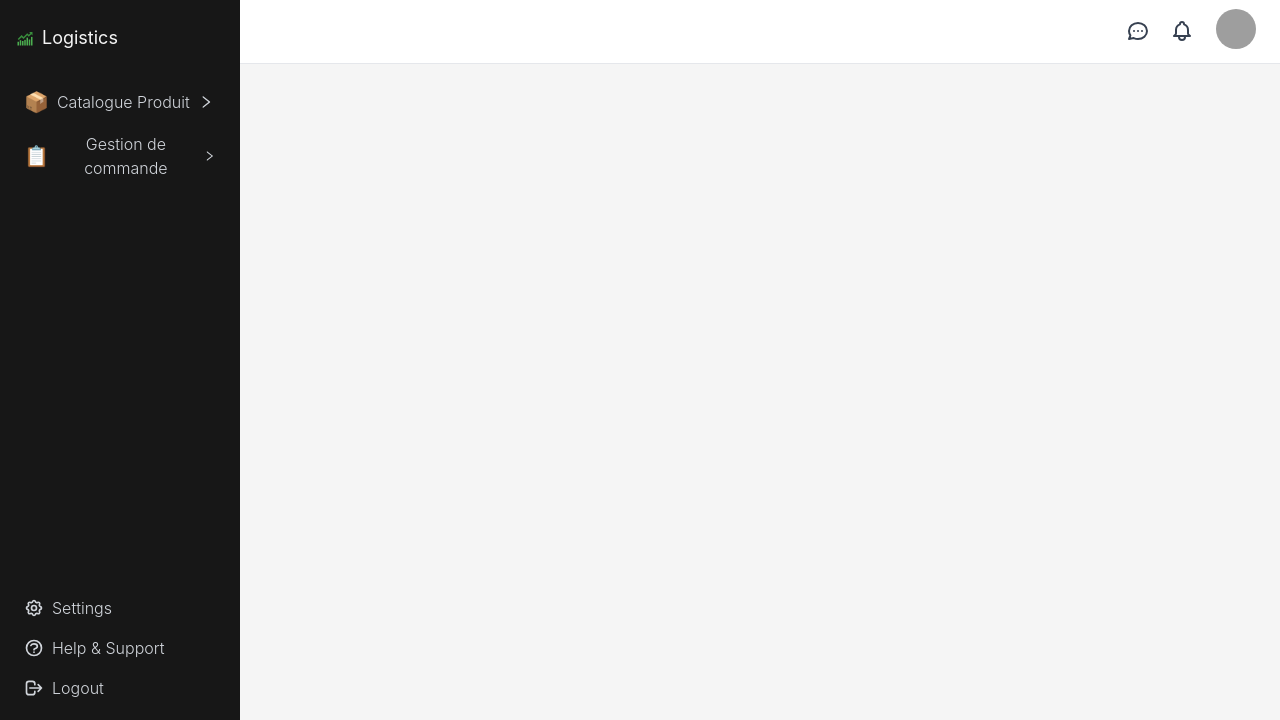
Repository: Mayar2222/Dashboard
Page: /
An editor plug-in stored every save of this project. The page is shown before and after the next save, followed by the edit.
The browser window is 1280 px wide. The pictures show the whole page.
Pictures or frames that could not be fetched are drawn as grey boxes. The project was rebuilt for these pictures with package versions that can differ from the ones it lists, and the page was loaded fresh each time. Also part of the build but not shown: src/components/CatalogueProduits.jsx, src/components/Categories.jsx.

Above is the page before, as saved 2024-07-28 17:39:52.

### src/App.jsx
import { Route, BrowserRouter as Router, Routes } from "react-router-dom";
import CatalogueProduits from "./components/CatalogueProduits";
import Categories from "./components/Categories";
import Layout from "./components/shared/Layout";

function App() {
  return (
      <Router>
      <Routes>
        <Route path="/"  element={<Layout/>}>
          <Route path="CatalogueProduits"  element={<CatalogueProduits/>}/>
          <Route path="Categories"  element={<Categories/>}/>

          <Route path="login"  element={<div>this login page</div>}/>

        </Route>
      </Routes>
      </Router>
  );
}

export default App;

### src/index.css
@import url('https://fonts.googleapis.com/css2? family=Poppins:wght@400; 600;700&display=swap');


@tailwind base;
@tailwind components;
@tailwind utilities;

@layer base {
    html {
        font-family: 'Inter', sans-serif;
        line-height: 1.3;
    }
    table {
        /* Add any specific styles for the table here if needed */
    }
    th,
    td {
        @apply py-3 px-2.5 text-sm text-left border-y border-gray-200;
    }
    thead {
        @apply bg-neutral-100;
    }
    th {
        @apply font-semibold;
    }
    a {
        @apply text-sky-500 hover:underline;
    }
}

### src/components/shared/Layout.jsx
import React from 'react'
import { Outlet } from 'react-router-dom'
import Header from './Header'
import Sidebar from './Sidebar'
export default function Layout() {
  return (
    <div className='flex flex-row bg-neutral-100 h-screen w-screen overflow-hidden'>
<Sidebar/>
     <div className='flex-1'>
      <Header/>
      <div className='p-4'>{<Outlet/>}</div>

      </div>


    </div>
  )
}

### src/components/shared/Header.jsx
import { Menu, Popover, Transition } from '@headlessui/react';
import React, { Fragment } from 'react';
import { HiOutlineBell, HiOutlineChat } from 'react-icons/hi';

export default function Header() {
  return (
    <div className='bg-white h-16 px-4 flex justify-between items-center border-b border-gray-200'>
      <div className='relative'>

      </div>
      <div className="flex items-center gap-2 mr-2">
        <Popover className="relative">
          {({ open }) => (
            <>
              <Popover.Button
                className={`p-1.5 rounded-sm inline-flex items-center ${open ? 'text-gray-900' : 'text-gray-700 hover:text-gray-900'} focus:outline-none`}
              >
                <HiOutlineChat fontSize={24} />
              </Popover.Button>
              <Transition
                as={Fragment}
                enter="transition ease-out duration-200"
                enterFrom="opacity-0 translate-y-1"
                enterTo="opacity-100 translate-y-0"
                leave="transition ease-in duration-150"
                leaveFrom="opacity-100 translate-y-0"
                leaveTo="opacity-0 translate-y-1"
              >
                <Popover.Panel className="absolute right-0 z-10 mt-2.5 w-80">
                  <div className="bg-white rounded-sm shadow-md ring-1 ring-black ring-opacity-5 px-2 py-2.5">
                    <strong className="text-gray-700 font-medium">Messages</strong>
                    <div className="mt-2">This is the messages panel!</div>
                  </div>
                </Popover.Panel>
              </Transition>
            </>
          )}
        </Popover>

        <Popover className="relative">
          {({ open }) => (
            <>
              <Popover.Button
                className={`p-1.5 rounded-sm inline-flex items-center ${open ? 'text-gray-900' : 'text-gray-700 hover:text-gray-900'} focus:outline-none`}
              >
                <HiOutlineBell fontSize={24} />
              </Popover.Button>
              <Transition
                as={Fragment}
                enter="transition ease-out duration-200"
                enterFrom="opacity-0 translate-y-1"
                enterTo="opacity-100 translate-y-0"
                leave="transition ease-in duration-150"
                leaveFrom="opacity-100 translate-y-0"
                leaveTo="opacity-0 translate-y-1"
              >
                <Popover.Panel className="absolute right-0 z-10 mt-2.5 w-80">
                  <div className="bg-white rounded-sm shadow-md ring-1 ring-black ring-opacity-5 px-2 py-2.5">
                    <strong className="text-gray-700 font-medium">Notifications</strong>
                    <div className="mt-2">This is the notifications panel!</div>
                  </div>
                </Popover.Panel>
              </Transition>
            </>
          )}
        </Popover>

        <Menu as="div" className="relative">
          <div>
            <Menu.Button className="ml-2 inline-flex">
              <span className='sr-only'>Open user menu</span>
              <div className='h-10 w-10 rounded-full bg-sky-500 bg-cover bg-no-repeat bg-center' style={{backgroundImage: 'url("https://images.unsplash.com/photo-1529626455594-4ff0802cfb7e?crop=faces&fit=crop&w=80&h=80&q=80")'}}>
                <span className='sr-only'>Mayar</span>
              </div>
            </Menu.Button>
          </div>
          <Transition
            as={Fragment}
            enter="transition ease-out duration-200"
            enterFrom="opacity-0 translate-y-1"
            enterTo="opacity-100 translate-y-0"
            leave="transition ease-in duration-150"
            leaveFrom="opacity-100 translate-y-0"
            leaveTo="opacity-0 translate-y-1"
          >
            <Menu.Items className="absolute right-0 mt-2 w-48 origin-top-right bg-white border border-gray-200 divide-y divide-gray-100 rounded-md shadow-lg outline-none">
              <div className="px-4 py-3">
                <p className="text-sm">Signed in as</p>
                <p className="text-sm font-medium text-gray-900 truncate">Mayar</p>
              </div>
              <div className="py-1">
                <Menu.Item>
                  {({ active }) => (
                    <a
                      href="/profile"
                      className={`${
                        active ? 'bg-gray-100 text-gray-900' : 'text-gray-700'
                      } flex justify-between w-full px-4 py-2 text-sm leading-5 text-left`}
                    >
                      Your Profile
                    </a>
                  )}
                </Menu.Item>
                <Menu.Item>
                  {({ active }) => (
                    <a
                      href="/settings"
                      className={`${
                        active ? 'bg-gray-100 text-gray-900' : 'text-gray-700'
                      } flex justify-between w-full px-4 py-2 text-sm leading-5 text-left`}
                    >
                      Settings
                    </a>
                  )}
                </Menu.Item>
              </div>
              <div className="py-1">
                <Menu.Item>
                  {({ active }) => (
                    <a
                      href="/logout"
                      className={`${
                        active ? 'bg-gray-100 text-gray-900' : 'text-gray-700'
                      } flex justify-between w-full px-4 py-2 text-sm leading-5 text-left`}
                    >
                      Sign out
                    </a>
                  )}
                </Menu.Item>
              </div>
            </Menu.Items>
          </Transition>
        </Menu>
      </div>
    </div>
  );
}

### src/components/shared/Sidebar.jsx
import React, { useState } from 'react';
import { AiOutlineDown, AiOutlineRight } from 'react-icons/ai';
import { FcBullish } from 'react-icons/fc';
import { HiOutlineLogout } from 'react-icons/hi';
import { Link, useLocation } from 'react-router-dom';
import { DASHBOARD_SIDEBAR_BOTTOM_LINKS, DASHBOARD_SIDEBAR_LINKS } from '../../lib/consts/navigation';

const linkClasses =
  'flex items-center gap-2 font-light px-3 py-2 hover:bg-neutral-900 hover:no-underline active:bg-neutral-600 rounded-sm text-base text-gray-300';

const titleClasses = 'flex items-center gap-2 px-1 py-3 text-neutral-100 text-lg';

export default function Sidebar() {
  const { pathname } = useLocation();
  const [isCatalogueOpen, setIsCatalogueOpen] = useState(false);
  const [isGestionOpen, setIsGestionOpen] = useState(false);

  const toggleCatalogue = () => {
    setIsCatalogueOpen(!isCatalogueOpen);
  };

  const toggleGestion = () => {
    setIsGestionOpen(!isGestionOpen);
  };

  return (
    <div className="bg-neutral-900 w-60 p-3 flex flex-col text-white h-full fixed">
      <div className={titleClasses}>
        <FcBullish />
        <span>Logistics</span>
      </div>
      <div className="flex-1 mt-4">
        <div>
          <button onClick={toggleCatalogue} className={linkClasses}>
            <span className="text-xl">📦</span>
            <span>Catalogue Produit</span>
            {isCatalogueOpen ? <AiOutlineDown /> : <AiOutlineRight />}
          </button>
          {isCatalogueOpen && (
            <div className="ml-6 mt-2">
              <Link to="/categories" className={linkClasses}>
                Catégories du produit
              </Link>
              <Link to="/produit" className={linkClasses}>
                Produit
              </Link>
              <Link to="/spf" className={linkClasses}>
                Spécificités
              </Link>
              <Link to="/historique" className={linkClasses}>
                Historique de stock
              </Link>
              <Link to="/stock" className={linkClasses}>
                Stock
              </Link>
            </div>
          )}
        </div>

        <div>
          <button onClick={toggleGestion} className={linkClasses}>
            <span className="text-xl">📋</span>
            <span>Gestion de commande</span>
            {isGestionOpen ? <AiOutlineDown /> : <AiOutlineRight />}
          </button>
          {isGestionOpen && (
            <div className="ml-6 mt-2">
              <Link to="/commande" className={linkClasses}>
                Commande
              </Link>
              <Link to="/suivi" className={linkClasses}>
                Suivi
              </Link>
              <Link to="/facturation" className={linkClasses}>
                Facturation
              </Link>
            </div>
          )}
        </div>

        {DASHBOARD_SIDEBAR_LINKS.filter(link => link.label !== "Catalogue Produit" && link.label !== "Gestion de commande").map(({ key, path, icon, label }) => (
          <Link
            key={key}
            to={path}
            className={`${linkClasses} ${pathname === path ? 'bg-neutral-700' : ''}`}
          >
            {icon && <span className="text-xl">{icon}</span>}
            <span>{label}</span>
          </Link>
        ))}
      </div>
      <div className="mt-4">
        {DASHBOARD_SIDEBAR_BOTTOM_LINKS.map(({ key, path, icon, label }) => (
          <Link
            key={key}
            to={path}
            className={`${linkClasses} ${pathname === path ? 'bg-neutral-700' : ''}`}
          >
            {icon && <span className="text-xl">{icon}</span>}
            <span>{label}</span>
          </Link>
        ))}
        <Link
          to="/logout" // Adjust the path as needed
          className={linkClasses}
        >
          <HiOutlineLogout className="text-xl" />
          <span>Logout</span>
        </Link>
      </div>
    </div>
  );
}

### src/lib/consts/navigation.jsx
import {
	HiOutlineCog,
	HiOutlineCube,
	HiOutlineQuestionMarkCircle
} from 'react-icons/hi'

export const DASHBOARD_SIDEBAR_LINKS = [

	{
		key: 'CatalogueProduits',
		label: 'Catalogue Produit',
		path: '/CatalogueProduits',
		icon: <HiOutlineCube />
	},



]

export const DASHBOARD_SIDEBAR_BOTTOM_LINKS = [
	{
		key: 'settings',
		label: 'Settings',
		path: '/settings',
		icon: <HiOutlineCog />
	},
	{
		key: 'support',
		label: 'Help & Support',
		path: '/support',
		icon: <HiOutlineQuestionMarkCircle />
	}
]

Loaded but not shown: public/index.html (common file); src/index.js (common file); tailwind.config.js (common file)

After the next save:
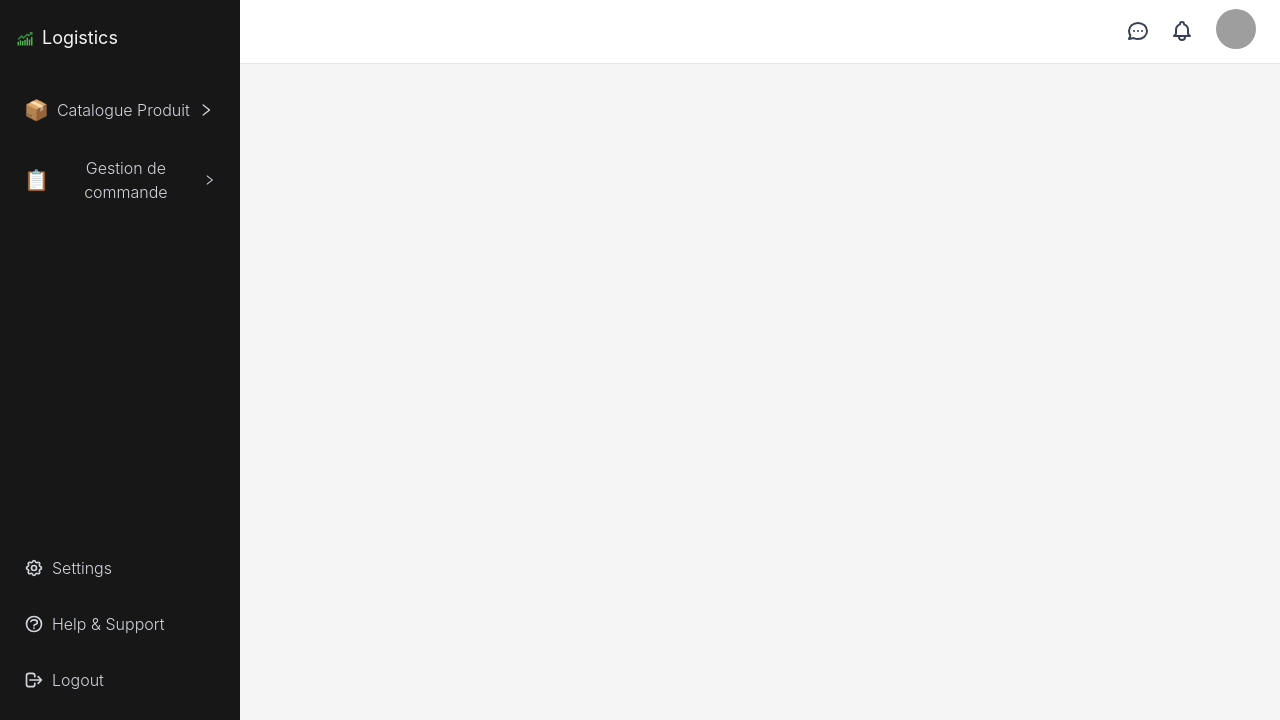
Saved 9 s later.
--- a/src/components/shared/Sidebar.jsx
+++ b/src/components/shared/Sidebar.jsx
@@ -6,7 +6,7 @@
 import { DASHBOARD_SIDEBAR_BOTTOM_LINKS, DASHBOARD_SIDEBAR_LINKS } from '../../lib/consts/navigation';
 
 const linkClasses =
-  'flex items-center gap-2 font-light px-3 py-2 hover:bg-neutral-900 hover:no-underline active:bg-neutral-600 rounded-sm text-base text-gray-300';
+  'flex items-center gap-2 font-light px-3 py-4 hover:bg-neutral-900 hover:no-underline active:bg-neutral-600 rounded-sm text-base text-gray-300';
 
 const titleClasses = 'flex items-center gap-2 px-1 py-3 text-neutral-100 text-lg';
 

After the 3 saves that followed:
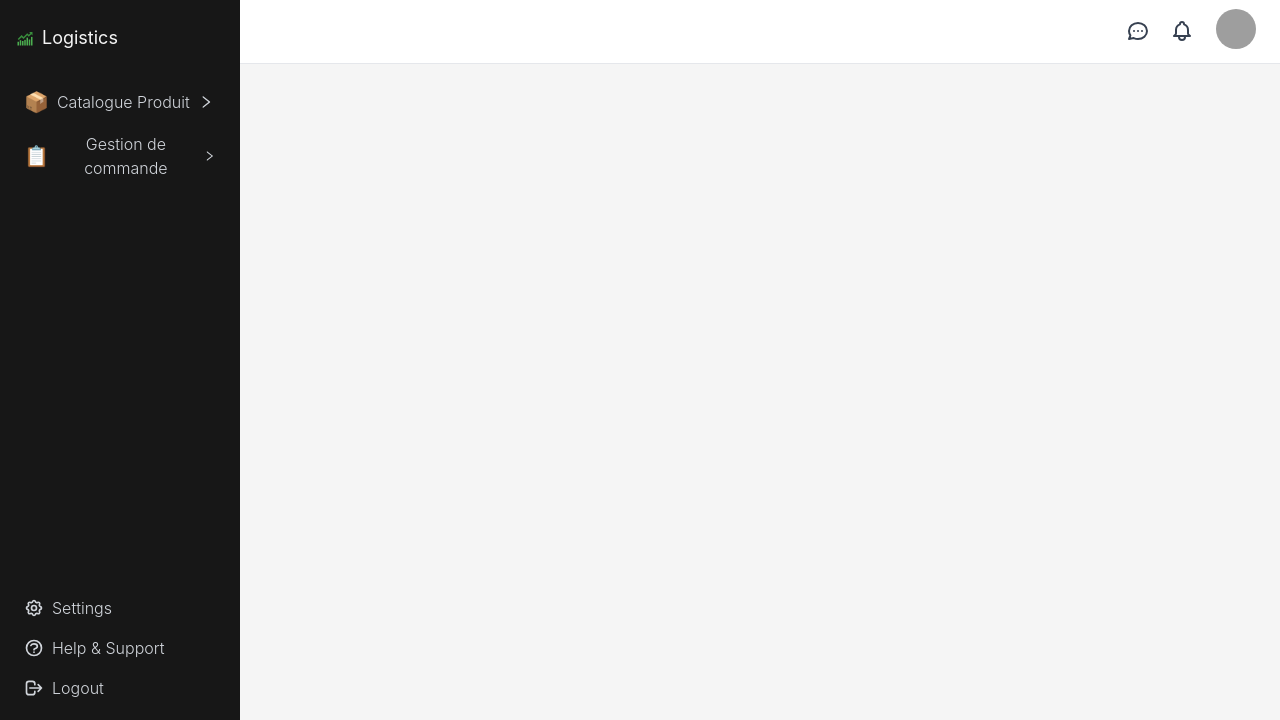
The 3 saves are shown as one change because they came seconds apart.
The last was saved 13 s later.
--- a/src/components/shared/Sidebar.jsx
+++ b/src/components/shared/Sidebar.jsx
@@ -6,7 +6,7 @@
 import { DASHBOARD_SIDEBAR_BOTTOM_LINKS, DASHBOARD_SIDEBAR_LINKS } from '../../lib/consts/navigation';
 
 const linkClasses =
-  'flex items-center gap-2 font-light px-3 py-4 hover:bg-neutral-900 hover:no-underline active:bg-neutral-600 rounded-sm text-base text-gray-300';
+  'flex items-center gap-2 font-light px-3 py-2 hover:bg-neutral-300 hover:no-underline active:bg-neutral-600 rounded-sm text-base text-gray-300';
 
 const titleClasses = 'flex items-center gap-2 px-1 py-3 text-neutral-100 text-lg';
 
